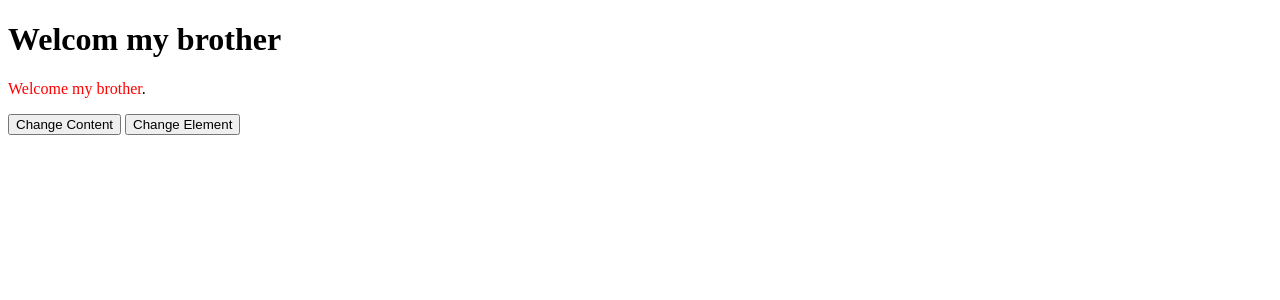
Repository: jamalissef-glitch/exercise1-JS
Page: Exercise34/index.html
An editor plug-in stored every save of this project. The page is shown before and after the next save, followed by the edit.
The browser window is 1280 px wide. The pictures show the whole page.
After loading, the first visible `button[onclick="changeText()"]` was clicked once.

Above is the page before, as saved 2026-07-14 19:09:29.

### Exercise34/index.html
<!DOCTYPE html>
<html lang="en">

<head>
 <meta charset="UTF-8">
 <meta name="viewport" content="width=device-width, initial-scale=1.0">
 <title>Change Content and InnerHTML</title>
</head>

<body>

 <h1 id="header">Hosgeldinis abi</h1>

 <p id="pragraph">Nasilsin kardesim</p>

 <button onclick="changeContent()">Change Content</button>
 <button onclick="changeText()">Change Element</button>

 <script src="./main.js"></script>

</body>

</html>

### Exercise34/main.js


function changeContent() {

 const header = document.querySelector("#header");

 const pragraph = document.querySelector("#pragraph");

 // change content

 header.textContent = "Welcom my brother";

 // Change text

 // pragraph.innerHTML = "<span style='color:red'>Welcome my brother</span>.";

}


function changeText() {

 // const header = document.querySelector("#header");

 const pragraph = document.querySelector("#pragraph");

 // change content

 header.textContent = "Welcom my brother";

 // Change text

 pragraph.innerHTML = "<span style='color:red'>Welcome my brother</span>.";

}

After the next save:
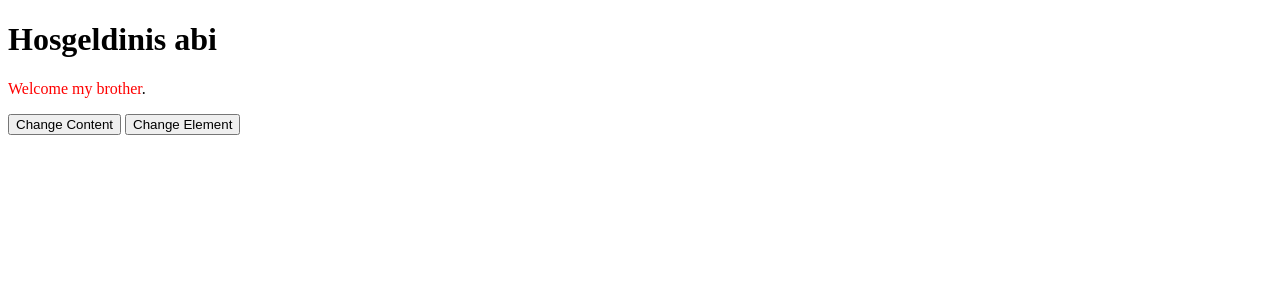
Saved 94 s later.
--- a/Exercise34/main.js
+++ b/Exercise34/main.js
@@ -25,7 +25,7 @@ function changeText() {
 
  // change content
 
- header.textContent = "Welcom my brother";
+ // header.textContent = "Welcom my brother";
 
  // Change text
 
